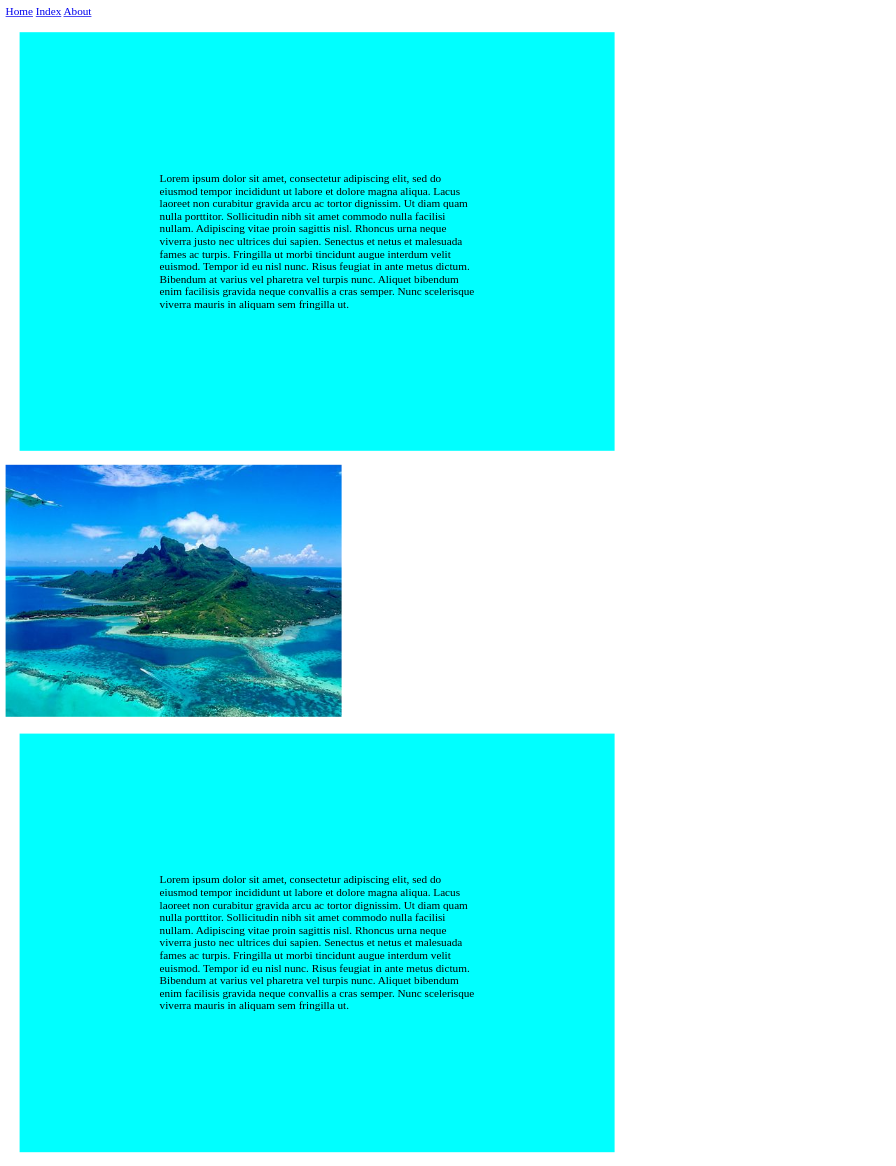
Repository: Melinda-Nanjad-Personal-Website/Personal-web
Page: about.html
These files come from the project's save history. The page is drawn as it stood at one moment and after the next save; the edit follows.
The browser window is 1280 px wide. The pictures show the whole page, at 70% of full size.

Above is the page before, as saved 2023-07-21 17:25:36.

### about.html
<!DOCTYPE html>
<html lang="en">
<head>
    <meta charset="UTF-8">
    <meta name="viewport" content="width=device-width, initial-scale=1.0">
    <title>Personal Website</title>
</head>
<style>
div {
background-color:aqua;
width: 450px;
border:15px darkorange;
padding: 200px;
margin: 20px;
}

<header>
    <center>
        <h1>My Personal Website</h1>
        <h2>About me</h2>
    </center>
</header> <center>


   </style>
<nav>
    <a class="active" href="/home.html">Home</a>
    <a class="active" href="/Index.html">Index</a>
    <a class="active" href="/about.html">About</a>

        </nav> </center>


        <div>Lorem ipsum dolor sit amet, consectetur adipiscing elit, sed do eiusmod tempor incididunt ut labore et dolore magna aliqua. Lacus laoreet non curabitur gravida arcu ac tortor dignissim. Ut diam quam nulla porttitor. Sollicitudin nibh sit amet commodo nulla facilisi nullam. Adipiscing vitae proin sagittis nisl. Rhoncus urna neque viverra justo nec ultrices dui sapien. Senectus et netus et malesuada fames ac turpis. Fringilla ut morbi tincidunt augue interdum velit euismod. Tempor id eu nisl nunc. Risus feugiat in ante metus dictum. Bibendum at varius vel pharetra vel turpis nunc. Aliquet bibendum enim facilisis gravida neque convallis a cras semper. Nunc scelerisque viverra mauris in aliquam sem fringilla ut.</div>


<body>

 <img src="island.jpeg" href="photo of island"
 <br>

    <div>Lorem ipsum dolor sit amet, consectetur adipiscing elit, sed do eiusmod tempor incididunt ut labore et dolore magna aliqua. Lacus laoreet non curabitur gravida arcu ac tortor dignissim. Ut diam quam nulla porttitor. Sollicitudin nibh sit amet commodo nulla facilisi nullam. Adipiscing vitae proin sagittis nisl. Rhoncus urna neque viverra justo nec ultrices dui sapien. Senectus et netus et malesuada fames ac turpis. Fringilla ut morbi tincidunt augue interdum velit euismod. Tempor id eu nisl nunc. Risus feugiat in ante metus dictum. Bibendum at varius vel pharetra vel turpis nunc. Aliquet bibendum enim facilisis gravida neque convallis a cras semper. Nunc scelerisque viverra mauris in aliquam sem fringilla ut.</div>



    </body>
</html>

After the next save:
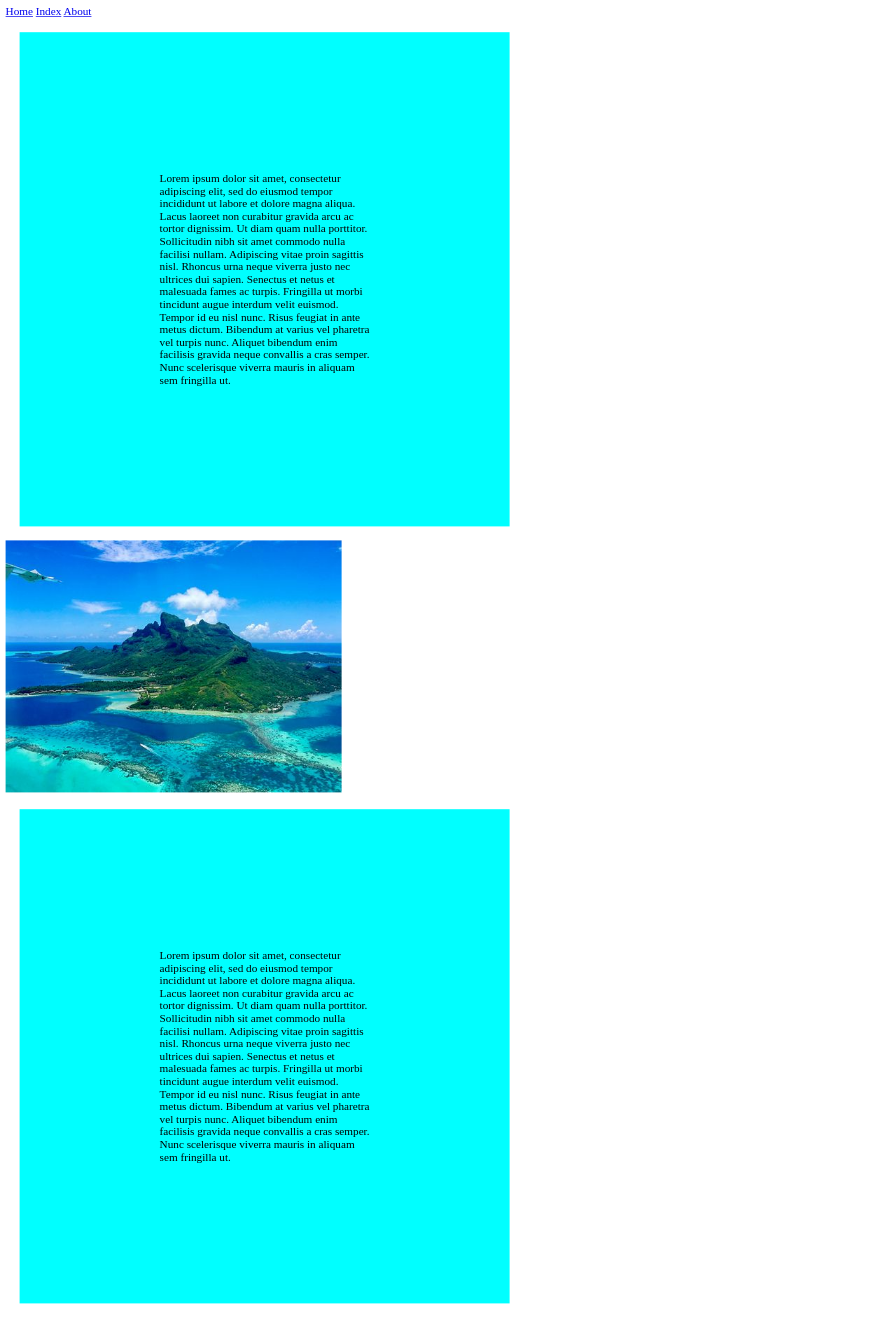
Saved 27 s later.
--- a/about.html
+++ b/about.html
@@ -8,8 +8,8 @@
 <style>
 div {
 background-color:aqua;
-width: 450px;
-border:15px darkorange;
+width: 300px;
+border:20px darkorange;
 padding: 200px;
 margin: 20px;
 }
